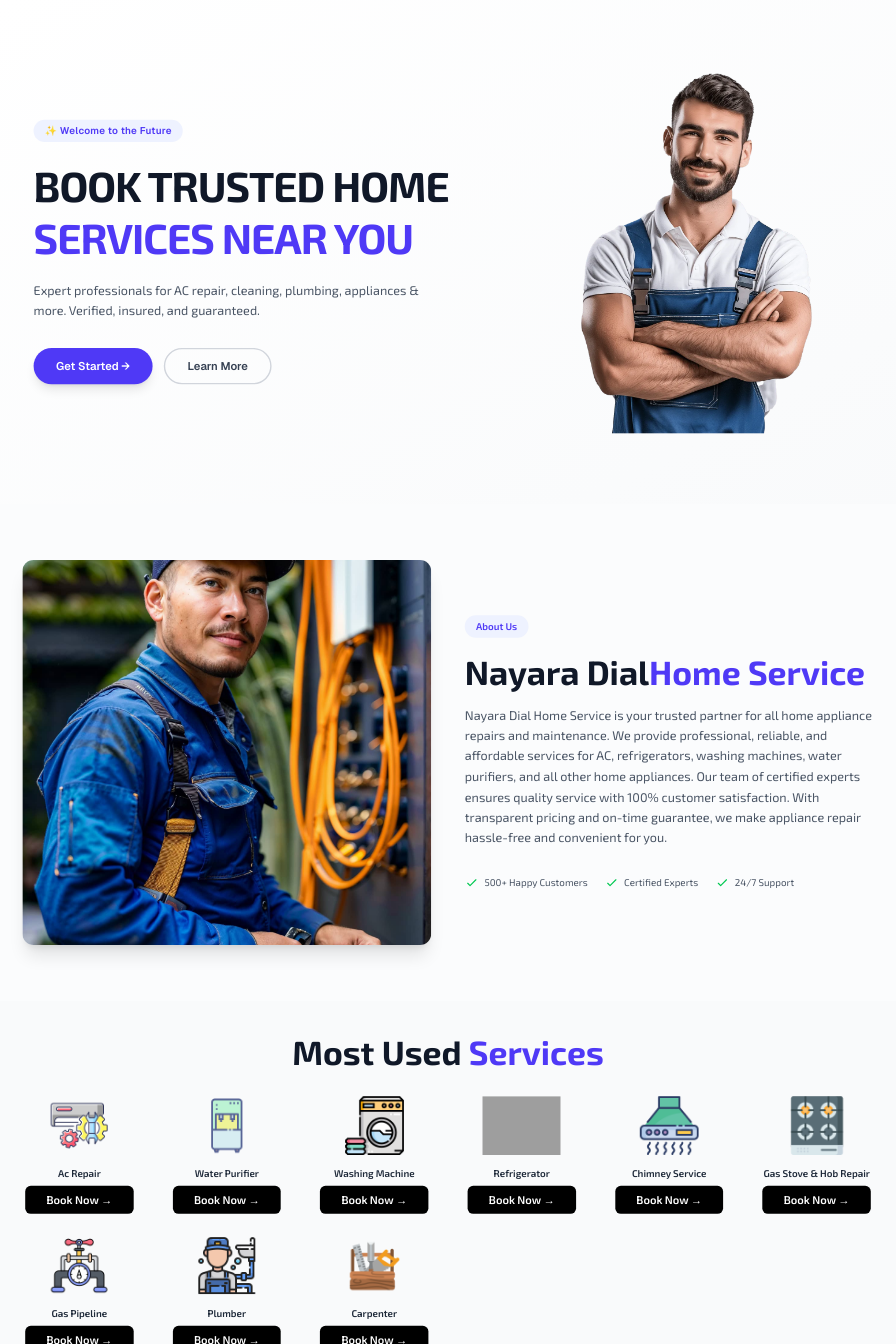
Repository: deepak445566/repai
Page: / (app in repair/)
These files come from the project's save history. The page is drawn as it stood at one moment and after a run of saves; the edit follows.
The browser window is 1280 px wide. The pictures show the part of the page from y = 0 to 1920 px (the page is 3456 px tall before and 3480 px after), at 70% of full size.
Pictures or frames that could not be fetched are drawn as grey boxes. The project was rebuilt for these pictures with package versions that can differ from the ones it lists, and the page was loaded fresh each time. The framework's server and built-in components were replaced by stand-ins that run in the browser. Also part of the build but not shown: repair/next.config.mjs.

Above is the page before, as saved 2026-04-15 14:57:40.

After the next 2 saves:
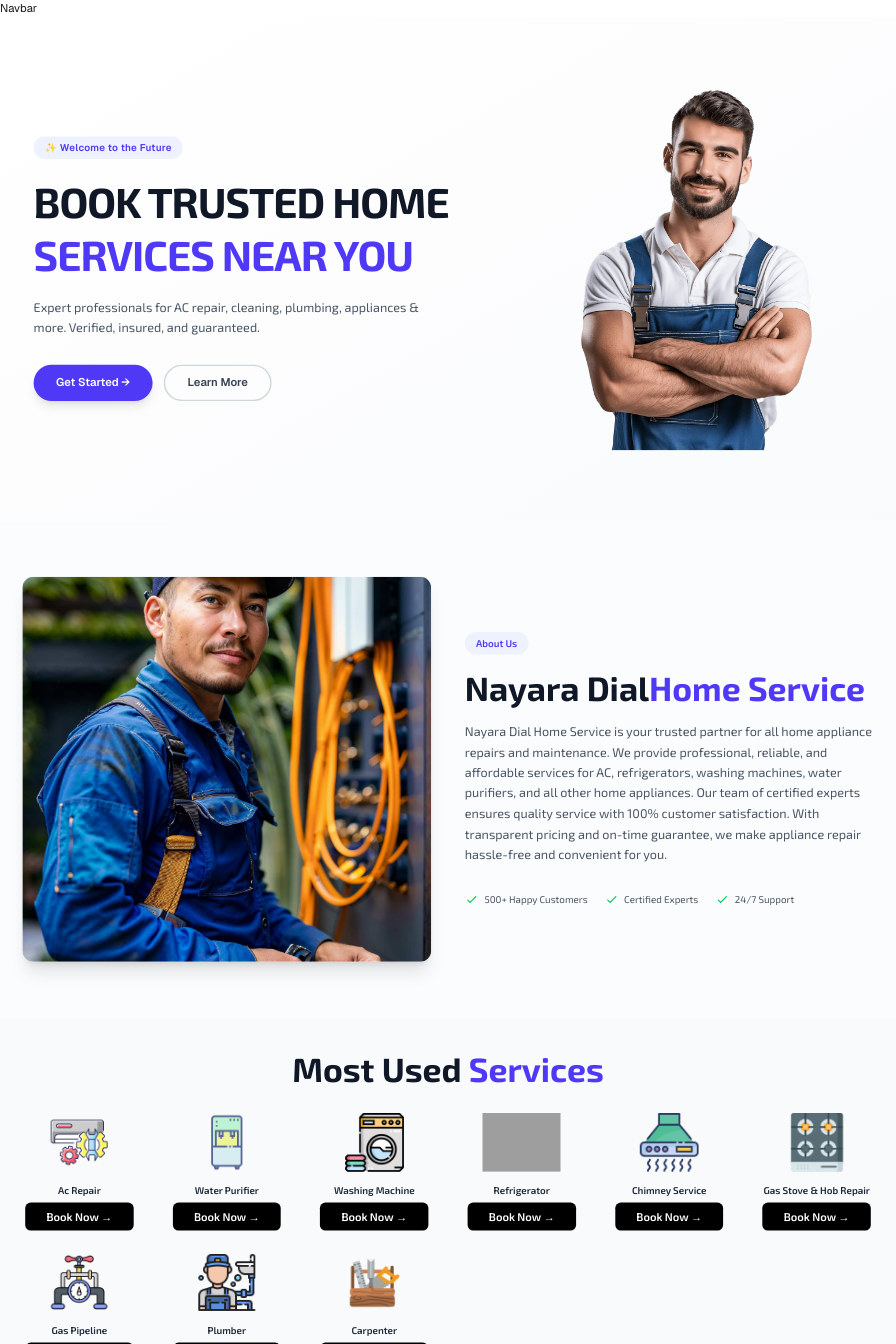
The 2 saves are shown as one change because they came seconds apart.
The last was saved 9 s later.
--- a/repair/src/app/layout.js
+++ b/repair/src/app/layout.js
@@ -1,5 +1,6 @@
 import { Abril_Fatface, Exo_2, Geist, Geist_Mono } from "next/font/google";
 import "./globals.css";
+import Navbar from "@/components/Navbar";
 
 const geistSans = Geist({
   variable: "--font-geist-sans",
@@ -33,6 +34,7 @@
       lang="en"
       className={`${geistSans.variable} ${geistMono.variable} ${abril.variable} ${exo.variable} h-full antialiased`}
     >
+      <Navbar/>
       <body className="min-h-full flex flex-col">{children}</body>
     </html>
   );
